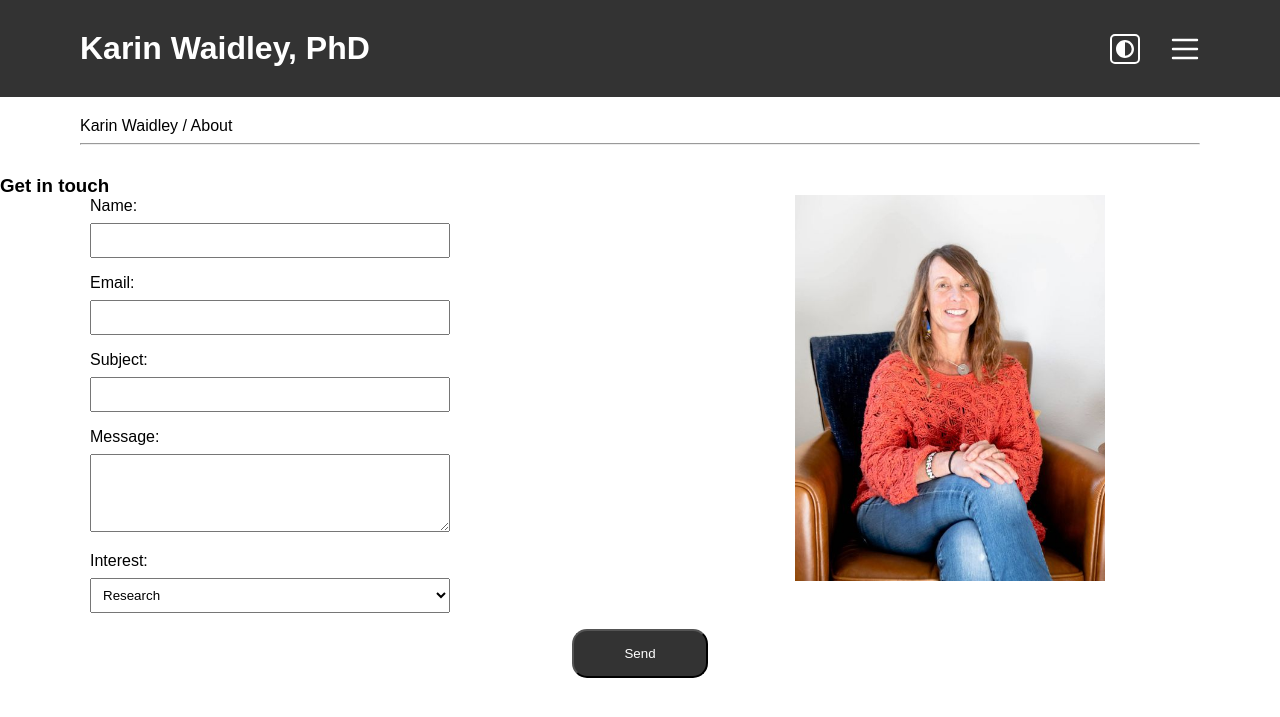
Repository: Ceasor7/Karin
Page: contact.html
These files come from the project's save history. The page is drawn as it stood at one moment and after the next save; the edit follows.
The browser window is 1280 px wide. The pictures show the whole page.

Above is the page before, as saved 2023-12-14 15:16:39.

After the next save:
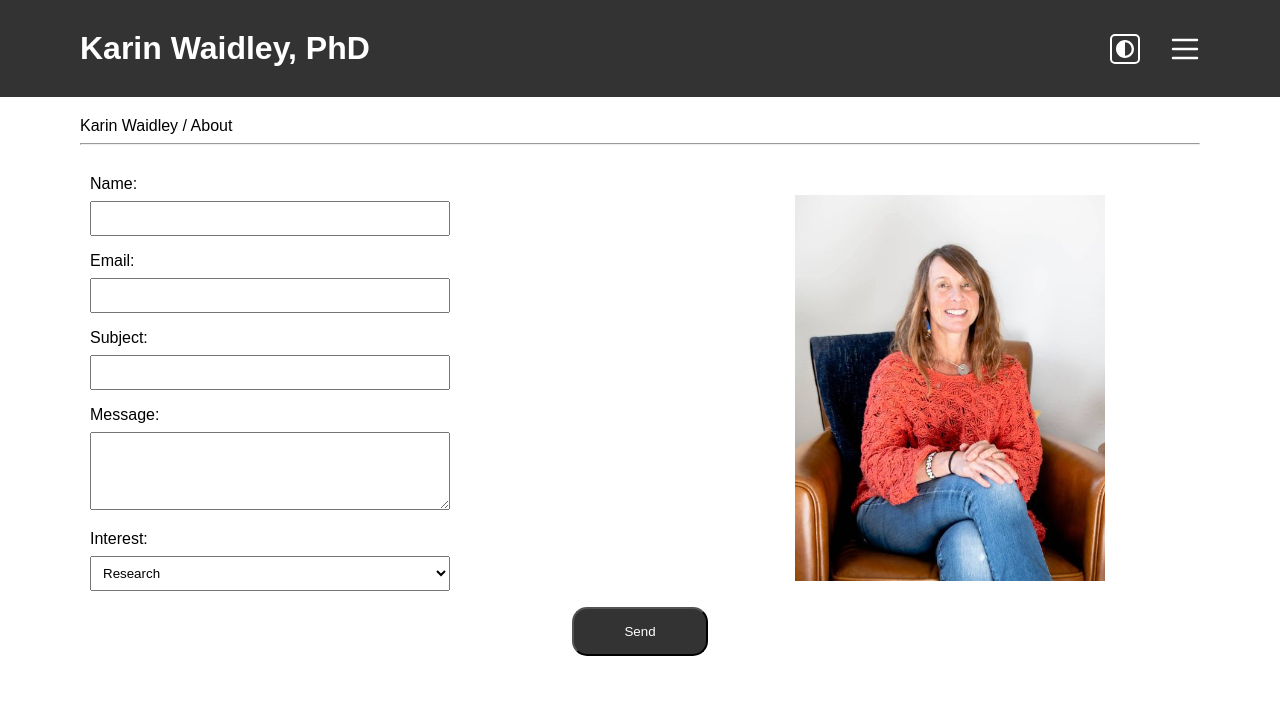
Saved 27 s later.
--- a/contact.html
+++ b/contact.html
@@ -167,7 +167,6 @@
     </section>
     <div class="flex-container">
         <div>
-            <h3 class="page-title">Get in touch</h3>
             <form>
                 <label for="name">Name:</label>
                 <input type="text" id="name" name="name" required>
